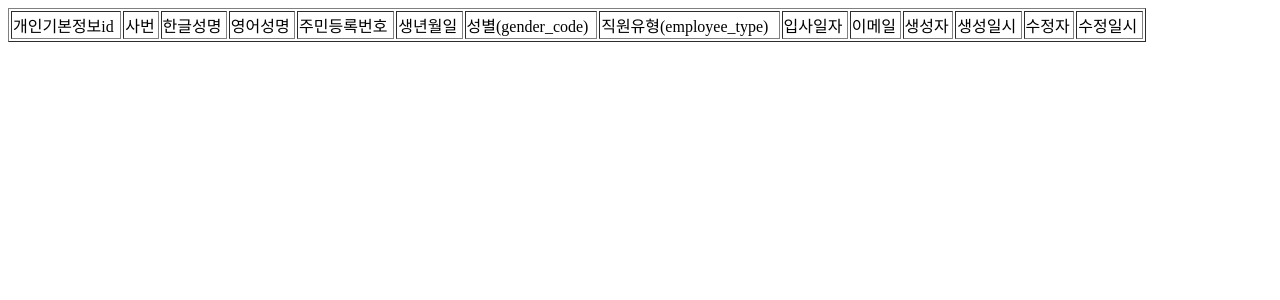
Repository: ktj4732/test
Page: http://localhost/dwl/home.jsp
An editor plug-in stored every save of this project. The page is shown before and after the next save, followed by the edit.
The browser window is 1280 px wide. The pictures show the whole page.
The page is served by Tomcat 9. Queries for data that is not in the repository find no rows.

Above is the page before, as saved 2020-11-18 05:19:25.

After the next save:
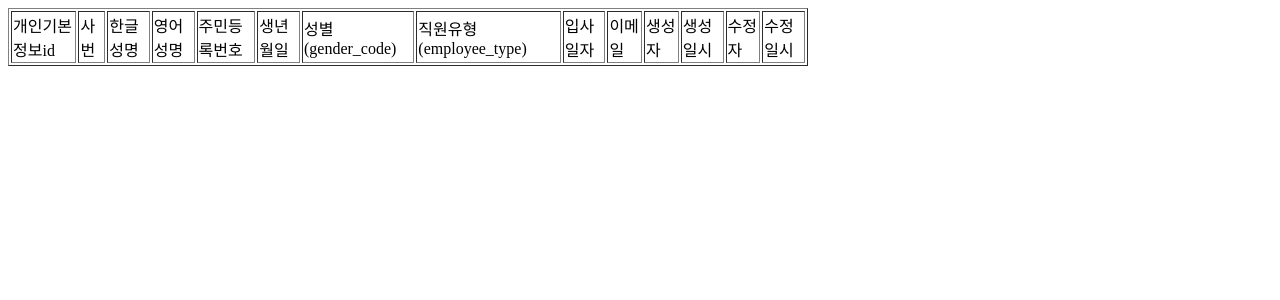
Saved 32 s later.
--- a/dwl/WebContent/home.jsp
+++ b/dwl/WebContent/home.jsp
@@ -3,7 +3,7 @@
 <%@ page import="java.sql.*"%>
 
 
-      <table width = "90%" border = "1">
+      <table width = "800px" border = "1">
       <tr>
             <td>개인기본정보id</td>
 			<td>사번</td>
